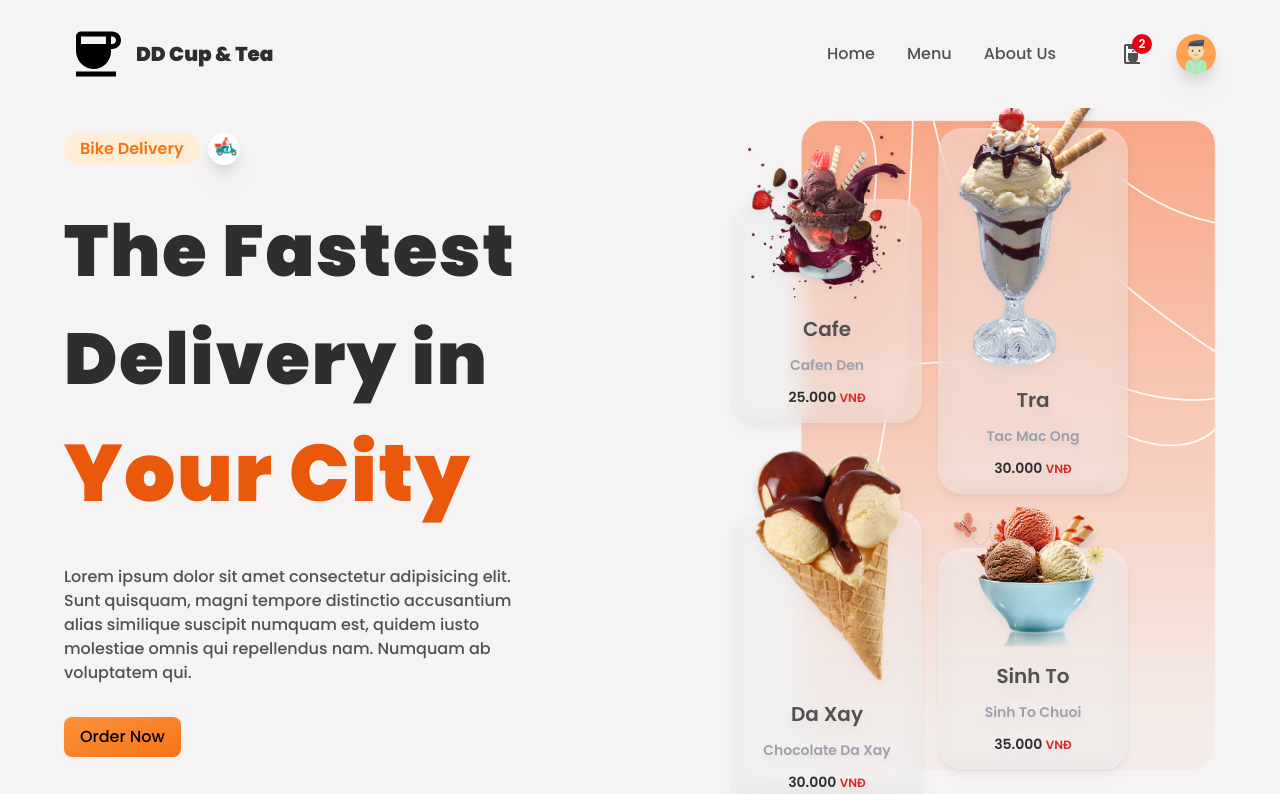
Repository: duongspm/ddcoffee
Page: /
These files come from the project's save history. The page is drawn as it stood at one moment and after the next save; the edit follows.
The browser window is 1280 px wide. The pictures show the whole page.
An inner scrolling area shows only its first screen. The project was rebuilt for these pictures with package versions that can differ from the ones it lists, and the page was loaded fresh each time. Also part of the build but not shown: src/App.css, src/components/CreateContainer.jsx.

Above is the page before, as saved 2022-07-12 20:19:00.

After the next save:
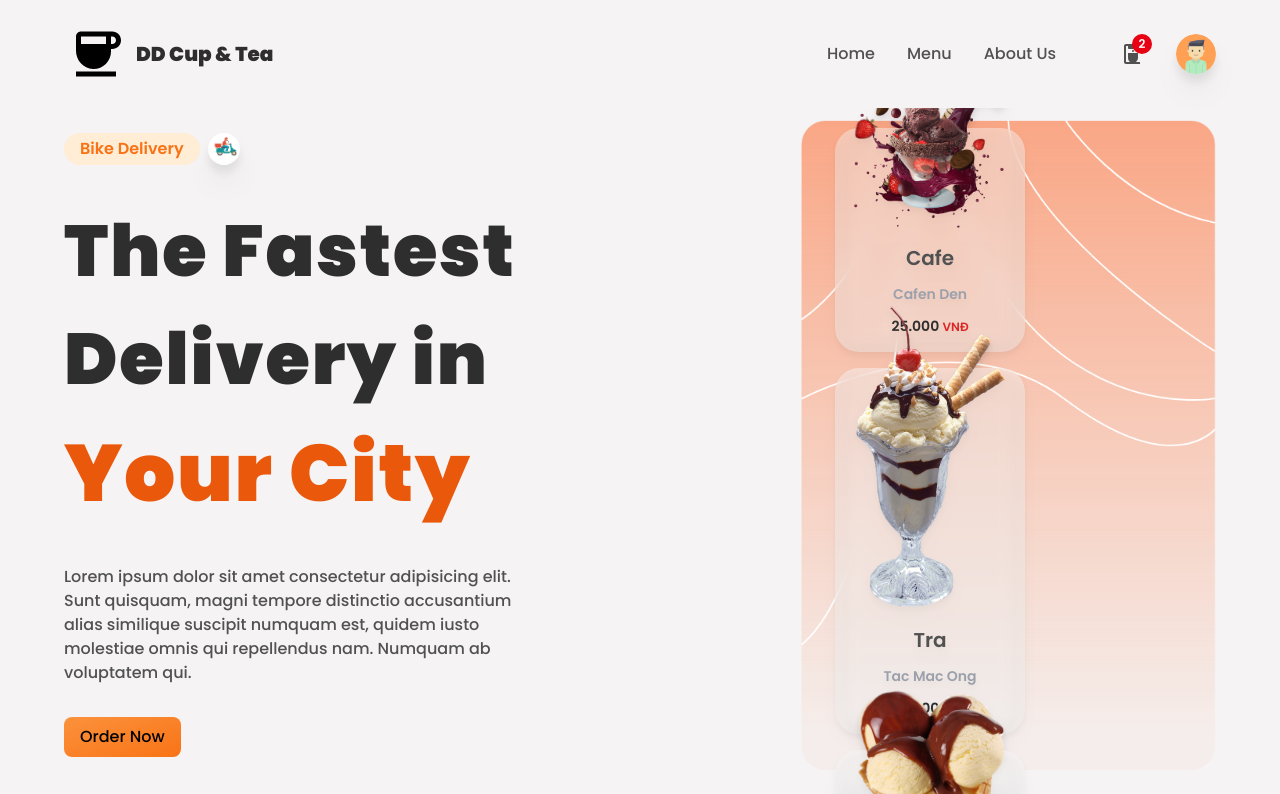
Saved 67 s later.
--- a/src/components/HomeContainer.jsx
+++ b/src/components/HomeContainer.jsx
@@ -20,7 +20,7 @@
             <div className='py-2 flex-1 flex items-center relative'>
                 <img src={HeroBg} className="ml-auto h-420 w-full lg:w-auto lg:h-650" alt="hero-bg"/>
 
-                <div className='w-full h-full absolute flex items-center justify-center top-0 left-0 py-4 gap-4 flex-wrap lg:px-22'>
+                <div className='w-full h-full absolute flex items-center justify-center top-0 left-0 py-4 gap-4 flex-wrap lg:px-28'>
                     {heroData && heroData.map(n => (
                         <div key={n.id} className='w-190 bg-cardOverlay backdrop-blur-md p-4 rounded-3xl flex flex-col items-center justify-center lg:w-190 drop-shadow-lg'>
                         <img src={n.imageSrc} className='w-20 lg:w-40 -mt-10 lg:-mt-20' alt='i1'/>

After the save that followed:
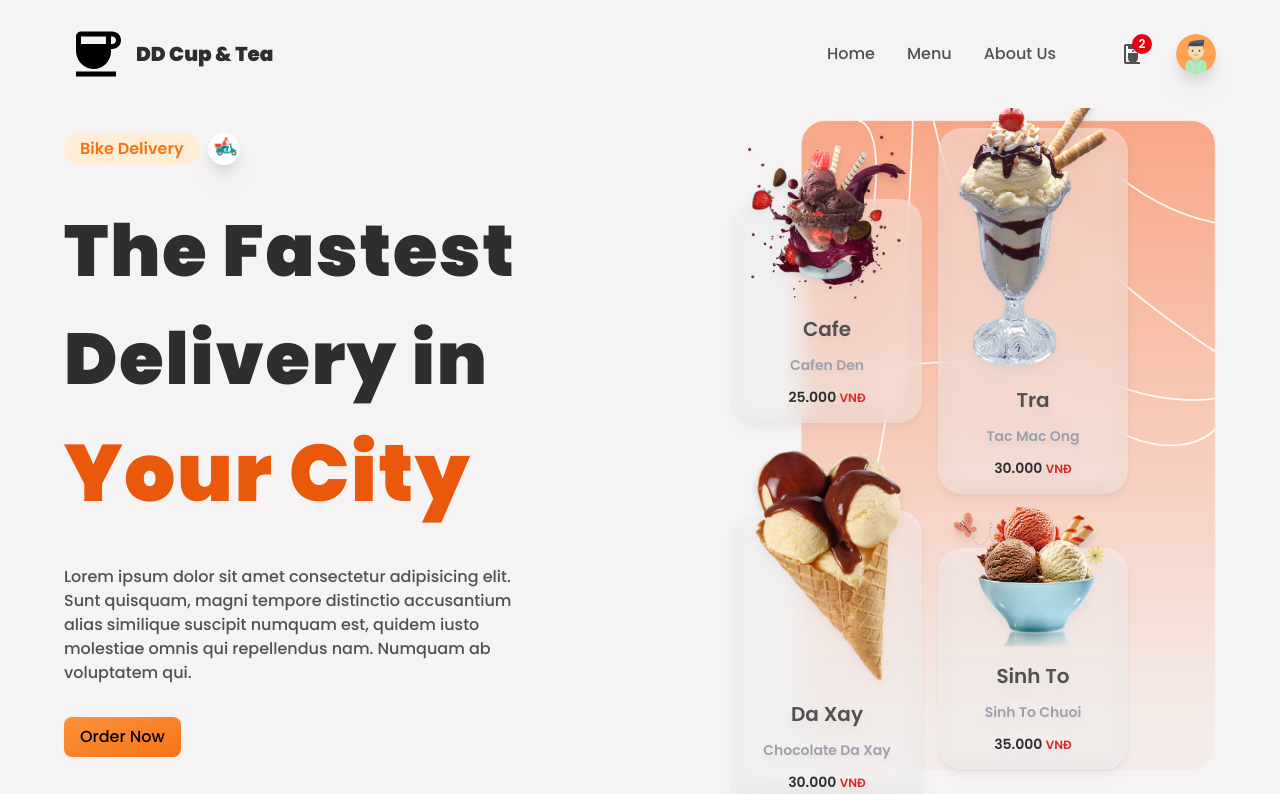
Saved 5 s later.
--- a/src/components/HomeContainer.jsx
+++ b/src/components/HomeContainer.jsx
@@ -20,7 +20,7 @@
             <div className='py-2 flex-1 flex items-center relative'>
                 <img src={HeroBg} className="ml-auto h-420 w-full lg:w-auto lg:h-650" alt="hero-bg"/>
 
-                <div className='w-full h-full absolute flex items-center justify-center top-0 left-0 py-4 gap-4 flex-wrap lg:px-28'>
+                <div className='w-full h-full absolute flex items-center justify-center top-0 left-0 py-4 gap-4 flex-wrap lg:px-26'>
                     {heroData && heroData.map(n => (
                         <div key={n.id} className='w-190 bg-cardOverlay backdrop-blur-md p-4 rounded-3xl flex flex-col items-center justify-center lg:w-190 drop-shadow-lg'>
                         <img src={n.imageSrc} className='w-20 lg:w-40 -mt-10 lg:-mt-20' alt='i1'/>
